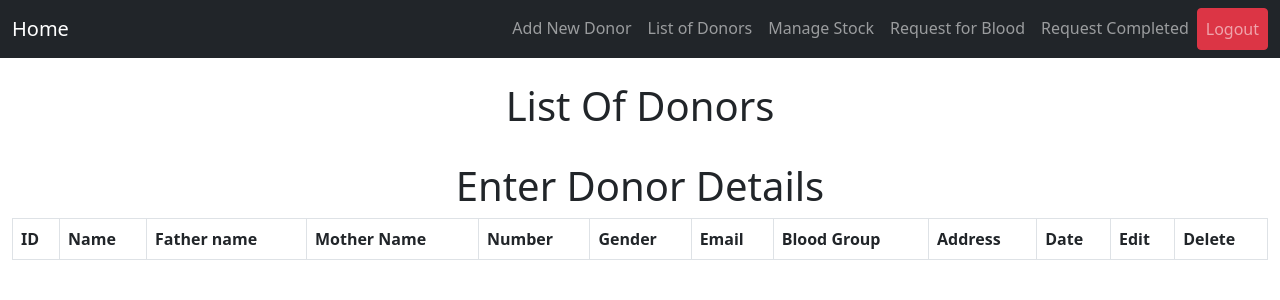
Repository: kshitizJ/Blood-Bank-Management-System-in-jsp
Page: http://localhost/Blood_Bank_Management_System/editDeleteList.jsp
The author's editor kept a copy of each file at every save. The page is drawn from the files as they stood at one save, then again after the next save.
The browser window is 1280 px wide. The pictures show the whole page.
The page is served by Tomcat 9. Queries for data that is not in the repository find no rows.

Above is the page before, as saved 2021-04-28 10:31:40.

After the next save:
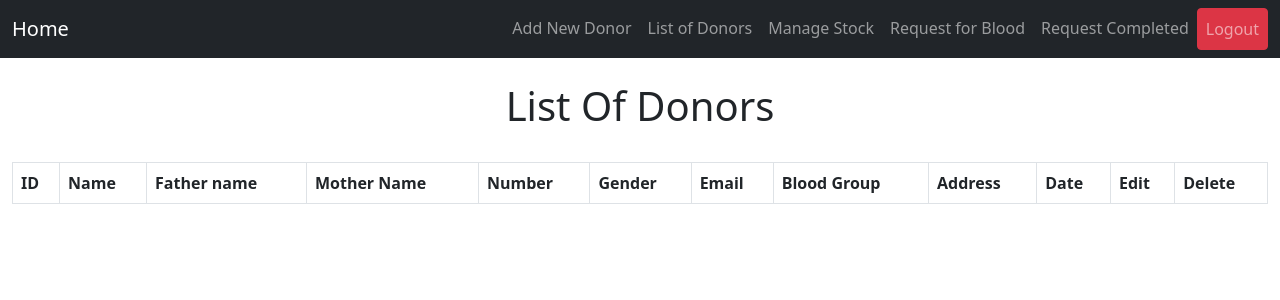
Saved 27 s later.
--- a/Blood Bank Management System/WebContent/editDeleteList.jsp
+++ b/Blood Bank Management System/WebContent/editDeleteList.jsp
@@ -26,7 +26,6 @@
 				<%
 					}
 				%>
-				<h1 class="text-center">Enter Donor Details</h1>
 			</div>
 			<div class="col-12">
 				<table class="table table-bordered table-striped table-hover">
